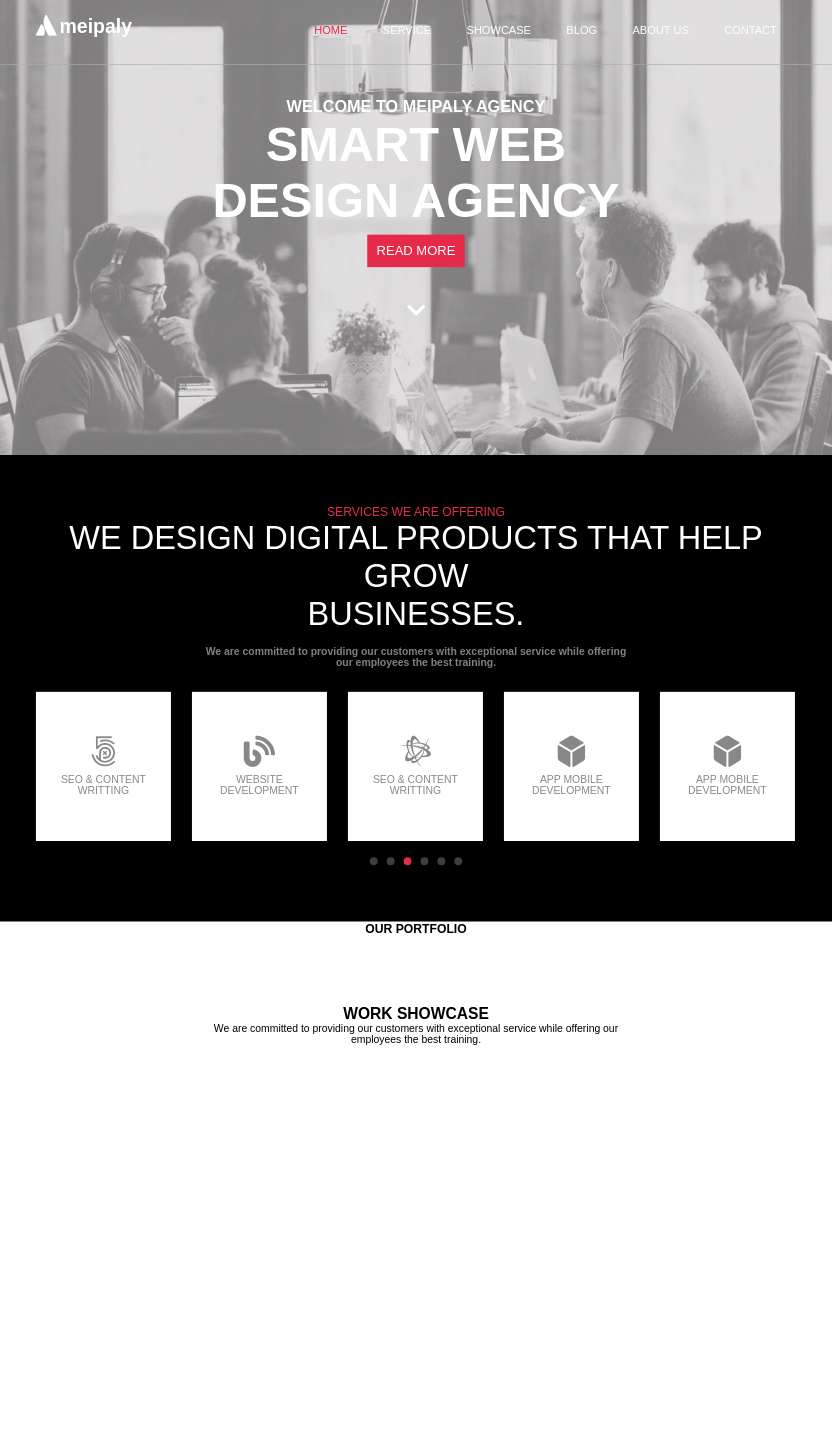
Repository: ToanNguyenThai/Meipaly
Page: index.html
An editor plug-in stored every save of this project. The page is shown before and after the next save, followed by the edit.
The browser window is 1280 px wide. The pictures show the whole page, at 65% of full size.

Above is the page before, as saved 2021-12-11 00:30:53.

### index.html
<!DOCTYPE html>
<html lang="en">

<head>
    <meta charset="UTF-8">
    <meta http-equiv="X-UA-Compatible" content="IE=edge">
    <meta name="viewport" content="width=device-width, initial-scale=1.0">
    <link rel="stylesheet" href="https://cdnjs.cloudflare.com/ajax/libs/font-awesome/5.15.4/css/all.min.css" />

    <link rel="stylesheet" href="owlcarousel/assets/owl.carousel.min.css">
    <link rel="stylesheet" href="owlcarousel/assets/owl.theme.default.min.css">
    <script src="https://code.jquery.com/jquery-3.6.0.min.js"></script>
    <script src="owlcarousel/owl.carousel.min.js"></script>

    <title>Meipaly</title>
    <link rel="stylesheet" href="/css/style.css">
</head>

<body>
    <header>
        <div class="header__content">
            <div class="header__logo">
                <a href="#">
                    <i class="fab fa-atlassian fa-2x"></i>
                    <span>meipaly</span>
                </a>
            </div>
            <nav>
                <ul>
                    <li class="active">
                        <a href="#">home</a>
                    </li>
                    <li>
                        <a href="#">service</a>
                    </li>
                    <li>
                        <a href="#">showcase</a>
                    </li>
                    <li>
                        <a href="#">blog</a>
                    </li>
                    <li>
                        <a href="#">about us</a>
                    </li>
                    <li>
                        <a href="#">contact</a>
                    </li>
                </ul>
            </nav>
        </div>
    </header>
    <section class="carousel">
        <div class="carousel__content">
            <h3>WELCOME TO MEIPALY AGENCY</h3>
            <h1>SMART WEB</h1>
            <h1>DESIGN AGENCY</h1>
            <div class="btn-area">
                <button>READ MORE</button>
            </div>
            <div class="scroll__arrow">
                <i class="fas fa-chevron-down fa-2x"></i>
            </div>

        </div>

    </section>

    <script>
        $(document).ready(function () {
            $('.owl-carousel').owlCarousel({
                autoplay: true,
                autoplayTimeout: 2000,
                autoplayHoverPause: true,
                loop: true,
                dots: true ,// if you don't want dots, change to false
                dotsEach: true,
                margin: 30,
                responsiveClass: true,
                responsive: {
                    0: {

                        items: 1
                    },
                    1000: {
                        items: 3,
                    },
                    1217: {
                        items: 5
                    }
                }
            })
        });
    </script>

    <section class="service">
        <div class="service__content">
            <h3>SERVICES WE ARE OFFERING</h3>
            <h1>WE DESIGN DIGITAL PRODUCTS THAT HELP GROW <br> BUSINESSES.</h1>
            <p>We are committed to providing our customers with exceptional service while offering <br>
                our employees the best training.</p>
            <div class="service__carousel">
                <div class="owl-carousel owl-theme">
                    <div class="carousel__item">
                        <i class="fa fa-dice-d6 fa-3x"></i>
                        <h3>APP MOBILE <br> DEVELOPMENT</h3>
                    </div>
                    <div class="carousel__item">
                        <i class="fab fa-autoprefixer fa-3x"></i>
                        <h3>DIGITAL<br> MARKETING</h3>
                    </div>
                    <div class="carousel__item">
                        <i class="fab fa-500px fa-3x"></i>
                        <h3>SEO & CONTENT <br> WRITTING</h3>
                    </div>
                    <div class="carousel__item">
                        <i class="fa fa-blog fa-3x"></i>
                        <h3> WEBSITE <br> DEVELOPMENT</h3>
                    </div>
                    <div class="carousel__item">
                        <i class="fab fa-battle-net fa-3x"></i>
                        <h3>SEO & CONTENT <br> WRITTING</h3>
                    </div>
                    <div class="carousel__item">
                        <i class="fa fa-dice-d6 fa-3x"></i>
                        <h3>APP MOBILE <br> DEVELOPMENT</h3>
                    </div>

                </div>

            </div>

        </div>


    </section>

    <section class="portfolio">
        <div class="portfolio__content">
            <h3>our portfolio</h3>
            <h1>work showcase</h1>
            <p>We are committed to providing our customers with exceptional service while offering our <br>
                employees the best training.</p>
        </div>
    </section>
</body>

</html>

### css/style.css
*{
    box-sizing: border-box;
    margin: 0;
    padding: 0;
    font-family: "Oswald", sans-serif;
    text-decoration: none;
}
header {
    width: 100%;
    height: 100px;
    position: absolute;
    border-bottom: 1px solid #adadad;
}
header .header__content{
    width: 100%;
    max-width: 1170px;
    margin: 0 auto;
    display: flex;
    justify-content: space-between;
    align-items: center;
}
.header__logo{
    margin-top: 23px;
}
.header__logo a{
    text-decoration: none;
    color: white;
}
.header__logo a span{
    font-size: 30px;
    font-weight: 700;
}
.header__content nav ul li{
    list-style-type: none;
    display: inline-block;
    text-transform: uppercase;
    font-size: 17px;
    margin-top: 35px;
    margin-left: 20px;
    margin-right: 30px;
}
.header__content nav ul li.active a{
    color : #e62b4a;
}
.header__content nav ul li a{
    color: white;
    transition: all 0.5s;
}
.header__content nav ul li a:hover{
    color : #e62b4a;
}

.carousel{
    height: 700px;
    background-image: url("../img/home_slider.jpg");
    background-size: cover;
    background-position: center;
    display: flex;
    justify-content: center;
}
.carousel__content{
    margin-top: 150px;
}
.carousel__content h1, .carousel__content h3{
    text-align: center;
    color: white;
}
.carousel__content h1{
    font-size: 75px;
}

.carousel__content h3{
    font-size: 25px;
}
.carousel__content .btn-area{
    margin-top: 10px;
    display: flex;
    justify-content: center;
}
.carousel__content .btn-area button{
    width: 150px;
    height: 50px;
    font-size: 20px;
    background-color: #e62b4a;
    outline: none;
    border : none;
    color: white;
    cursor: pointer;
    transition: all 0.5s;
}

.carousel__content .btn-area button:hover{
    filter: grayscale(30%);
}
.carousel__content .scroll__arrow{
    display: flex;
    justify-content: center;
    margin-top: 50px;
}
.carousel__content .scroll__arrow i{
    color: white;
}

/* --------------------- */

.service{
    width: 100%;
    height: 100%;
    height: 717.6px;
    background-color: black;
    display: flex;
    justify-content: center;
    align-items: center;
}
.service__content{
    margin: 0 auto;
    width: 100%;
    max-width: 1170px;
}
.service__content h3, .service__content h1, .service__content p{
    text-align: center;

}

.service__content h3{
    color: #e62b4a;
    font-weight: normal;
}
.service__content h1{
    font-size: 50px;
    font-weight: normal;
    color: white;
}
.service__content p{
    color: #818081;
    font-weight: 600;
    margin-top: 20px;
}

.service__carousel{
    margin: 0 auto;
    margin-top: 35px;
    width: 100%;
    max-width: 1170px;
}
.carousel__item{
    width: 208px;
    height: 230px;
    background-color: #fff;
    display: flex;
    flex-direction: column;
    justify-content: center;
    align-items: center;
    color: #888888;
}
.carousel__item h3{
    color: #888888;
    font-size: 16px;
    padding-top: 10px;
}
.owl-theme .owl-dots .owl-dot{
    margin-top: 10px;
}
.owl-theme .owl-dots .owl-dot span {
    width: 12px;
    height: 12px;
    background: #3f3f3f;
}
.owl-theme .owl-dots .owl-dot.active span, .owl-theme .owl-dots .owl-dot:hover span{
    background: #e62b4a;
}

/* --------------------- */


.portfolio{
    width: 100%;
    height: 100%;
    height: 800px;
    background-color: #ffffff;
    display: flex;
    justify-content: center;

}
.portfolio__content{
    margin: 0 auto;
    width: 100%;
    max-width: 1170px;
}
.portfolio__content h1, h3{
    text-transform: uppercase;
}
.portfolio__content h1, h3, p {
    text-align: center;
}
.portfolio__content h1{
    margin-top: 105px;
}

Loaded but not shown: owlcarousel/assets/owl.carousel.min.css (library); owlcarousel/assets/owl.theme.default.min.css (common file); owlcarousel/owl.carousel.min.js (library)

After the next save:
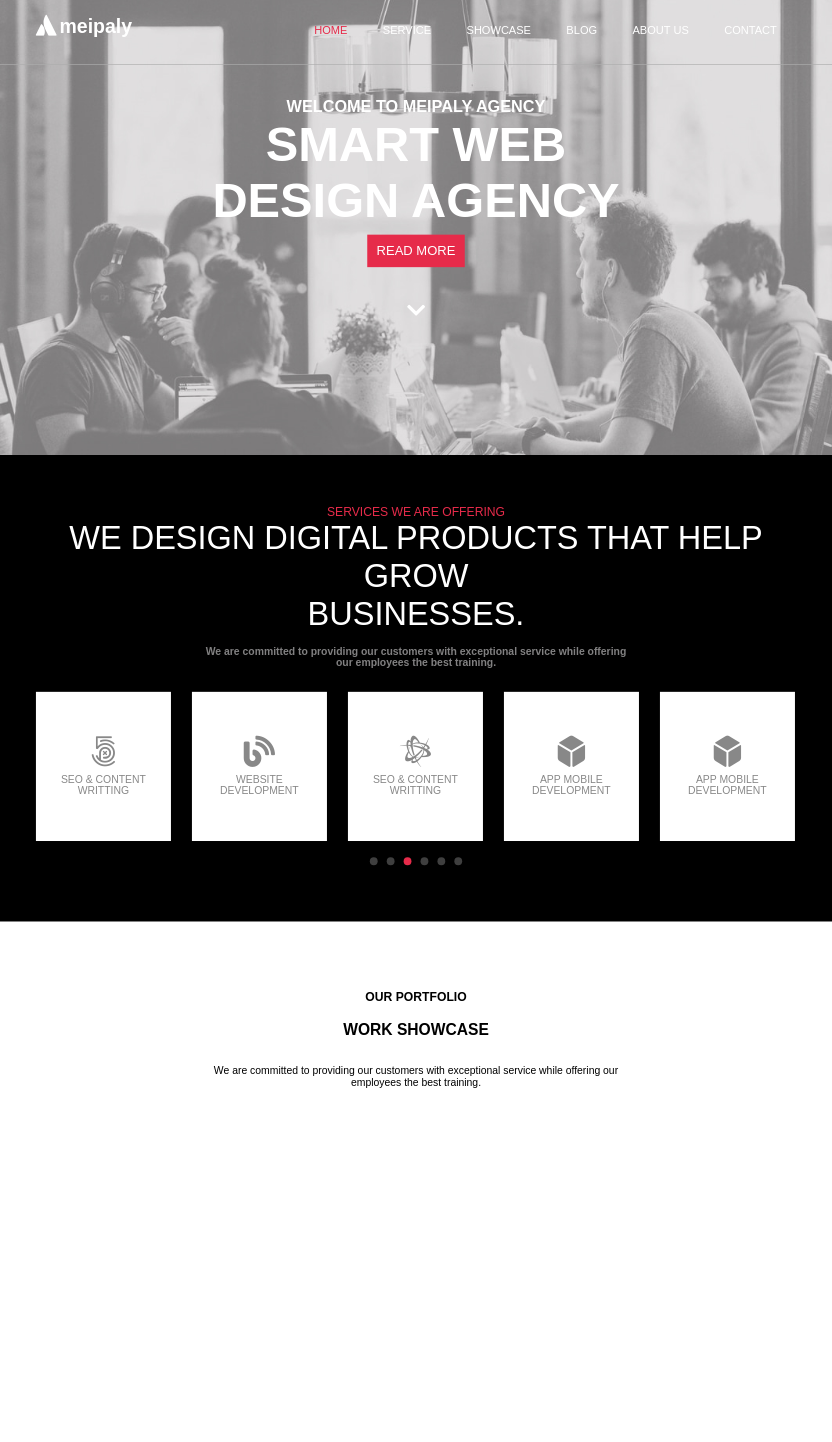
Saved 39 s later.
--- a/css/style.css
+++ b/css/style.css
@@ -193,6 +193,12 @@
 .portfolio__content h1, h3, p {
     text-align: center;
 }
+.portfolio__content h3{
+    margin-top: 105px;
+}
 .portfolio__content h1{
-    margin-top: 105px;
-}
+    margin-top: 25px;
+}
+.portfolio__content p{
+    margin-top: 40px;
+}
